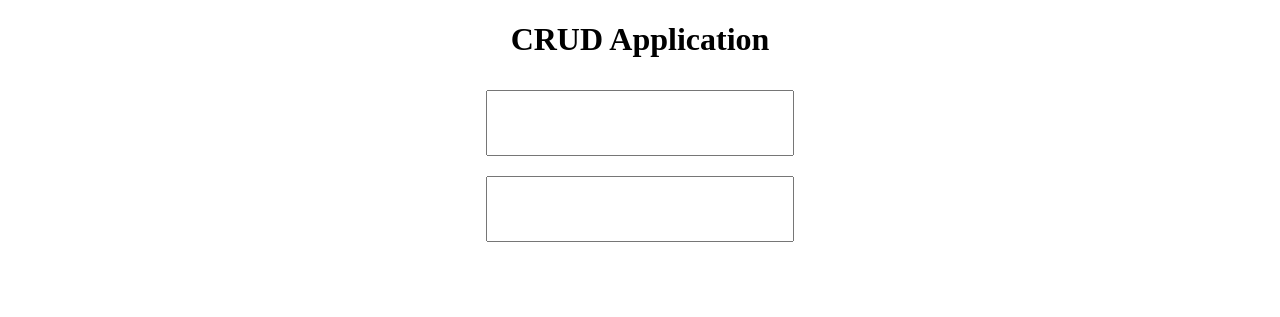
Repository: DorAzaria/CRUD-React-Node-MySQL
Page: / (app in client/)
An editor plug-in stored every save of this project. The page is shown before and after the next save, followed by the edit.
The browser window is 1280 px wide. The pictures show the whole page.
The project was rebuilt for these pictures with package versions that can differ from the ones it lists, and the page was loaded fresh each time.

Above is the page before, as saved 2022-12-21 15:12:05.

### client/src/index.js
import React from 'react';
import ReactDOM from 'react-dom/client';
import App from './App';

const root = ReactDOM.createRoot(document.getElementById('root'));
root.render(
    <App />,
);

### client/src/App.js
import './App.css';

function App() {
  return (
    <div className="App">
      <h1>CRUD Application</h1>


      <div className='form'>
        <input type="text" name="movieName"/>
        <input type="text" name="review"/>
      </div>
    </div>
  );
}

export default App;

### client/src/App.css
.App {
  text-align: center;
}

.form {
  display: flex;
  flex-direction: column;
  align-items: center;
  justify-content: center;
}

.form input {
  width: 300px;
  height: 60px;
  margin: 10px;
}

Loaded but not shown: client/public/index.html (common file)

After the next save:
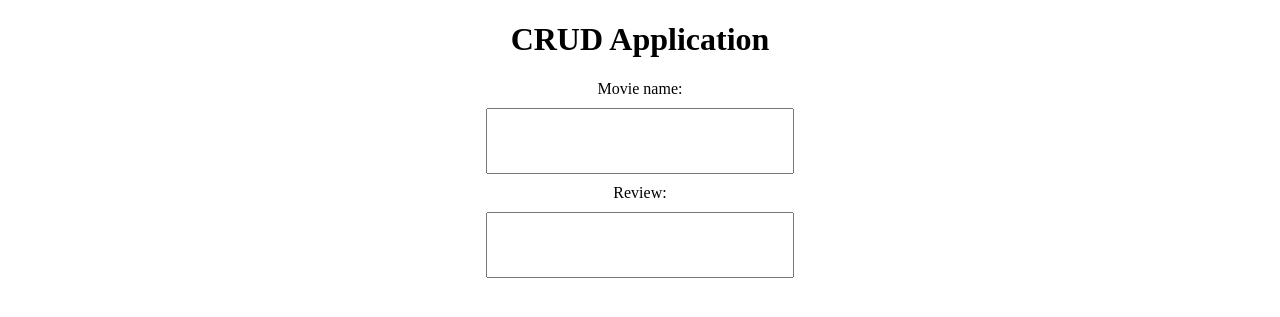
Saved 50 s later.
--- a/client/src/App.js
+++ b/client/src/App.js
@@ -7,7 +7,9 @@ function App() {
 
 
       <div className='form'>
+        <label>Movie name:</label>
         <input type="text" name="movieName"/>
+        <label>Review:</label>
         <input type="text" name="review"/>
       </div>
     </div>
